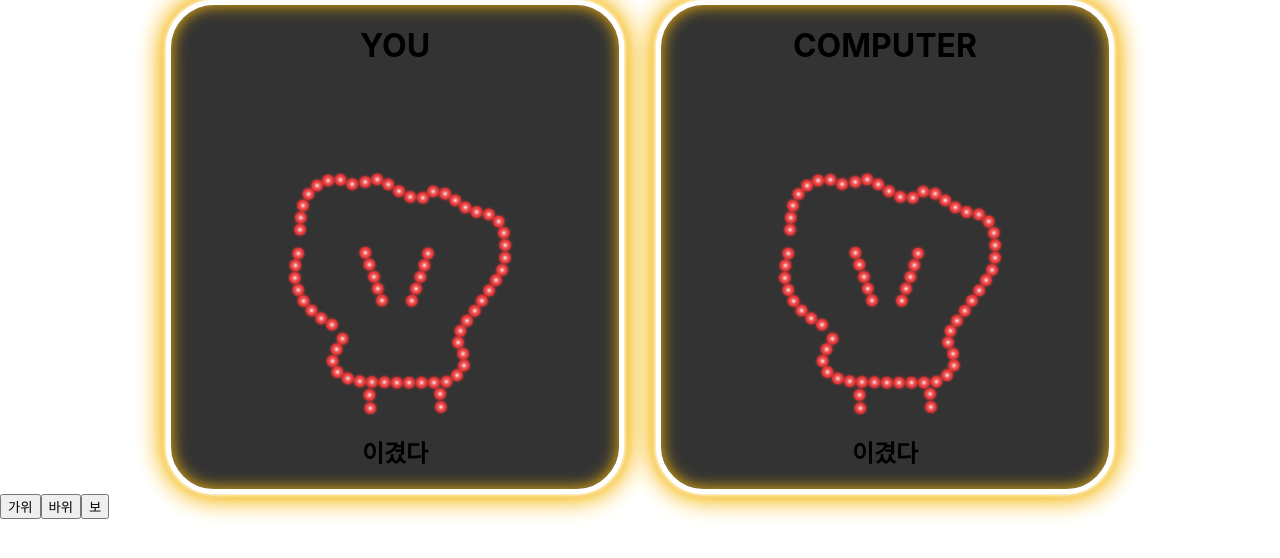
Repository: KIMMIHYE12/classComponent
Page: /
The author's editor kept a copy of each file at every save. The page is drawn from the files as they stood at one save, then again after the next save.
The browser window is 1280 px wide. The pictures show the whole page.
The project was rebuilt for these pictures with package versions that can differ from the ones it lists, and the page was loaded fresh each time.

Above is the page before, as saved 2024-03-18 20:58:56.

After the next save:
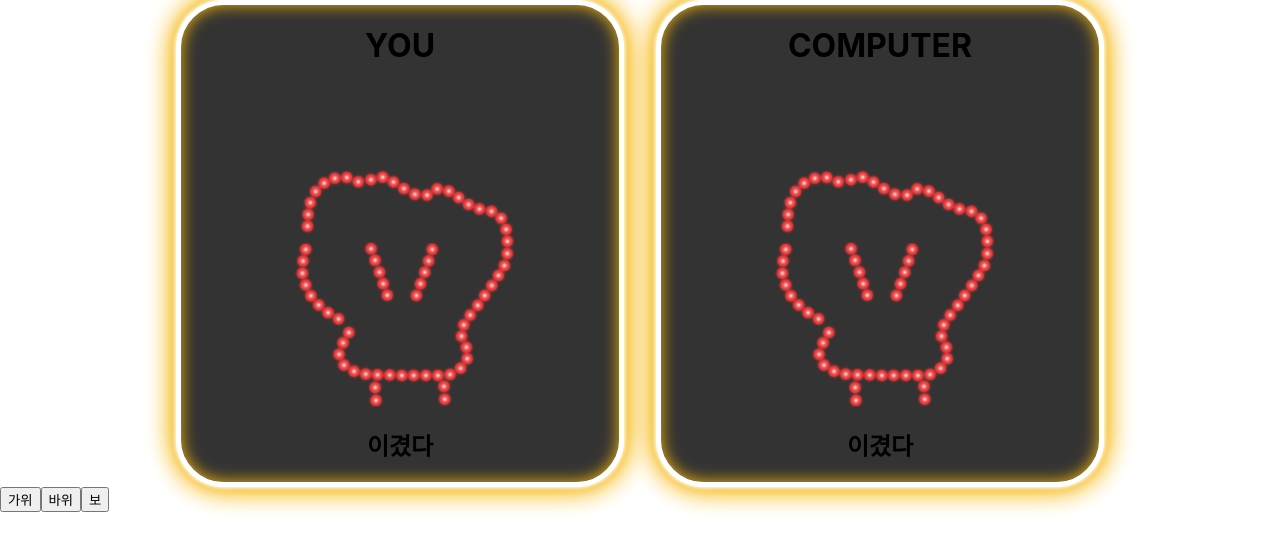
Saved 45 s later.
--- a/src/App.css
+++ b/src/App.css
@@ -1,3 +1,7 @@
+* {
+  box-sizing: border-box;
+}
+
 .game_screen {
   width: 100%;
   display: flex;
